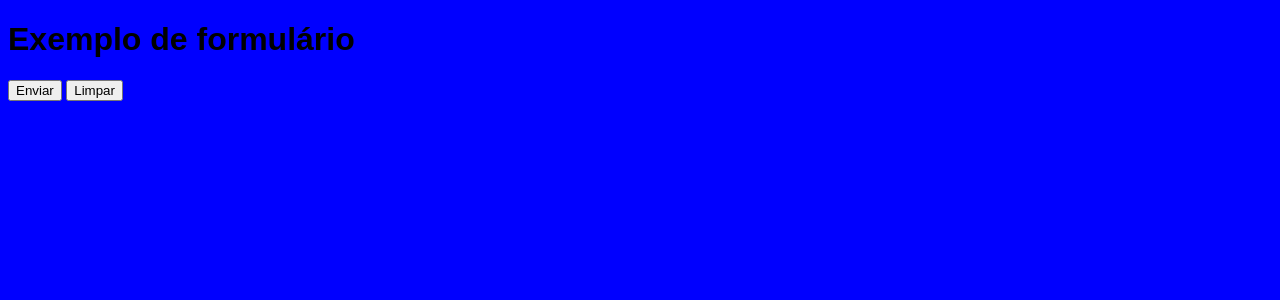
Repository: Codigo404q/html-css
Page: exercicios/ex025/form007.html
An editor plug-in stored every save of this project. The page is shown before and after a run of saves, followed by the edit.
The browser window is 1280 px wide. The pictures show the whole page.

Above is the page before, as saved 2024-01-30 22:10:14.

### exercicios/ex025/form007.html
<!DOCTYPE html>
<html lang="pt-br">
<head>
    <meta charset="UTF-8">
    <meta name="viewport" content="width=device-width, initial-scale=1.0">
    <title>Formulário</title>
    <style>
       body {
            background-color: blue;
            font-family: Arial, Helvetica, sans-serif;
        }
    </style>
</head>
<body>
    <h1>Exemplo de formulário</h1>
    <form action="cadastro.lua" method="get" autocomplete="on">
        <p>
            <label for="iest"></label>
        </p>

        <p>
            <input type="submit" value="Enviar">
            <input type="reset" value="Limpar">
        </p>

    </form>
</body>
</html>

After the next 10 saves:
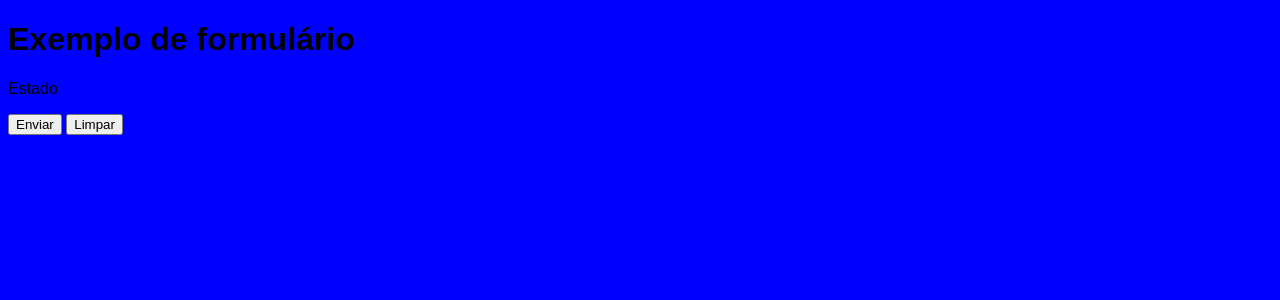
The 10 saves are shown as one change because they came seconds apart.
The last was saved 23 s later.
--- a/exercicios/ex025/form007.html
+++ b/exercicios/ex025/form007.html
@@ -15,7 +15,7 @@
     <h1>Exemplo de formulário</h1>
     <form action="cadastro.lua" method="get" autocomplete="on">
         <p>
-            <label for="iest"></label>
+            <label for="iest"> Estado</label>
         </p>
 
         <p>
